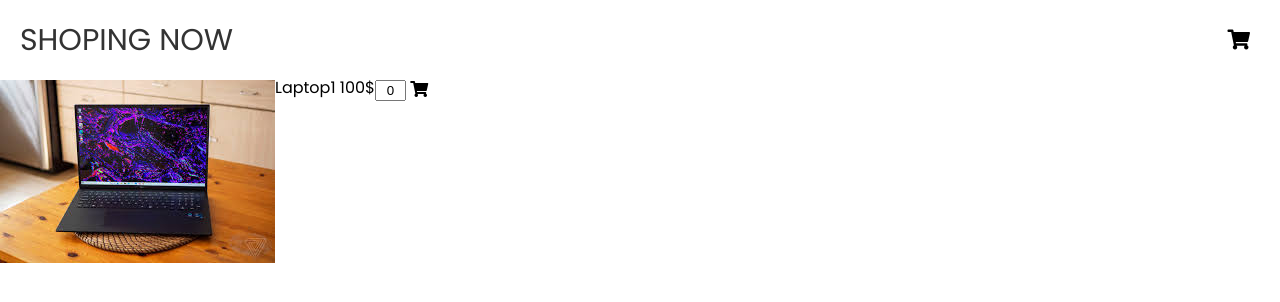
Repository: nttthao9/shopingcart
Page: index.html
An editor plug-in stored every save of this project. The page is shown before and after the next save, followed by the edit.
The browser window is 1280 px wide. The pictures show the whole page.
Some web libraries are served in a nearby version.

Above is the page before, as saved 2021-10-04 14:19:41.

### index.html
<!DOCTYPE html>
<html lang="en">

<head>
  <meta charset="UTF-8">
  <meta http-equiv="X-UA-Compatible" content="IE=edge">
  <meta name="viewport" content="width=device-width, initial-scale=1.0">
  <title>Shoping Cart</title>
  <link rel="preconnect" href="https://fonts.googleapis.com">
  <link rel="preconnect" href="https://fonts.gstatic.com" crossorigin>
  <link href="https://fonts.googleapis.com/css2?family=Poppins:wght@300;400;500;600&display=swap" rel="stylesheet">
  <link rel="stylesheet" href="https://cdnjs.cloudflare.com/ajax/libs/font-awesome/5.1.0-11/css/all.css"
    integrity="sha512-xO/VZFNBvip9IT+BD6Nq/pHdBvKeFcwygKqARlegjQ+5A68KsMSYrPbGP1oYow5ec9Tqq8peJXcn5J1bD4O00w=="
    crossorigin="anonymous" referrerpolicy="no-referrer" />
  <link rel="stylesheet" href="./styles/reset.css">
  <link rel="stylesheet" href="./styles/style.css">
</head>

<body>
  <div class="shoping">
    <div class="shoping-bar">
      <h2 class="shoping-title">Shoping now</h2>
      <div class="shoping-cart">
        <i class="fas fa-shopping-cart"></i>
      </div>
    </div>
    <div class="product-list">
      <div class="product-item">
        <img src="./images/laptop1.jpg" alt="" class="product-image">
        <div class="product-desc">
          <span class="product-name">Laptop1</span>
          <span class="product-price">100$</span>
        </div>
        <div class="product-buy">
          <input type="number" name="" id="" class="product-count" value="0" min="0">
          <i class="fas fa-shopping-cart cart-icon"></i>
        </div>

      </div>
    </div>
  </div>
  <script src="./main.js"></script>
</body>

</html>

### styles/style.css
* {
  box-sizing: border-box;
}
html {
  font-size: 62.5%;
}
input::-webkit-outer-spin-button,
input::-webkit-inner-spin-button {
  -webkit-appearance: none;
  margin: 0;
}
input[type='number'] {
  -moz-appearance: textfield;
}
body {
  font-family: 'Poppins', sans-serif;
  line-height: 1;
  font-size: 1.6rem;
}
.shoping-bar {
  display: flex;
  align-items: center;
  justify-content: space-between;
  padding: 2rem;
}
.shoping-title {
  font-size: 3rem;
  color: #333;
  text-transform: uppercase;
}
.shoping-cart {
  font-size: 2rem;
  padding: 1rem;
  cursor: pointer;
}
.product-item {
  display: flex;
  /* align-items: center;
  justify-content: space-between; */
}
.product-count {
  width: 15%;
  text-align: center;
}

### main.js
const productList = [
  {
    id: 1,
    name: 'laptop1',
    image: './images/laptop1.jpg',
    price: 100,
  },
  {
    id: 2,
    name: 'laptop2',
    image: './images/laptop2.jpg',
    price: 200,
  },
  {
    id: 3,
    name: 'laptop3',
    image: './images/laptop3.jpg',
    price: 300,
  },
];
const nameProduct = productList.map((item) => Object.values(item));
console.log(nameProduct);

Loaded but not shown: styles/reset.css (common file)

After the next save:
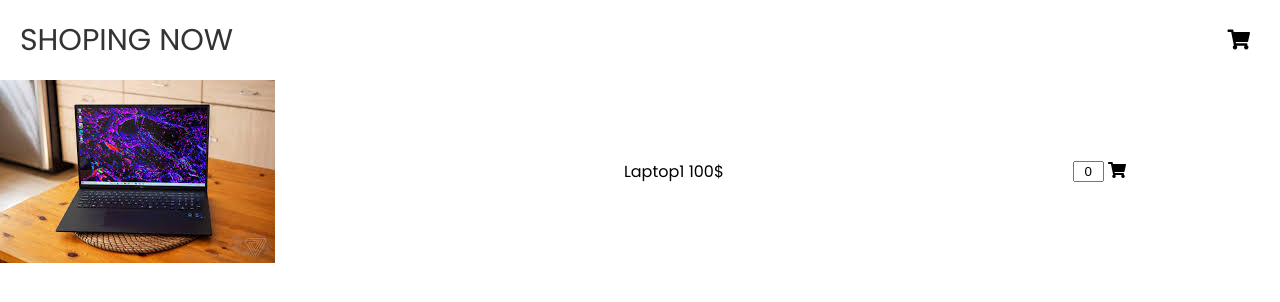
Saved 15 s later.
--- a/styles/style.css
+++ b/styles/style.css
@@ -35,8 +35,8 @@
 }
 .product-item {
   display: flex;
-  /* align-items: center;
-  justify-content: space-between; */
+  align-items: center;
+  justify-content: space-between;
 }
 .product-count {
   width: 15%;

After the save that followed:
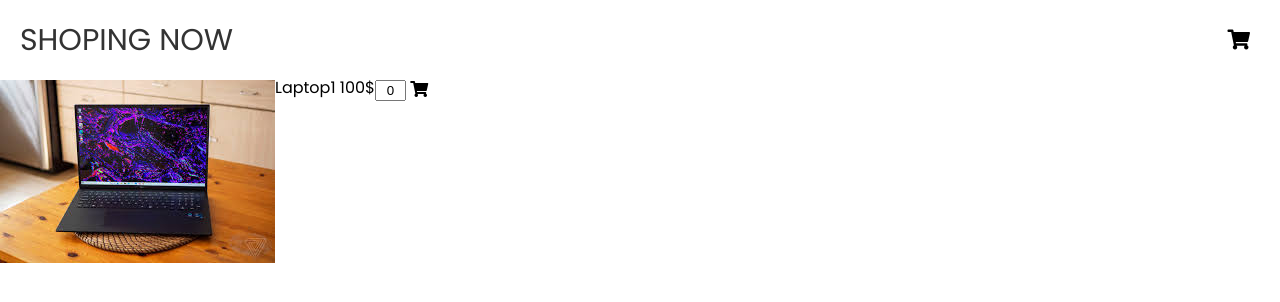
Saved 10 s later.
--- a/styles/style.css
+++ b/styles/style.css
@@ -35,8 +35,6 @@
 }
 .product-item {
   display: flex;
-  align-items: center;
-  justify-content: space-between;
 }
 .product-count {
   width: 15%;
